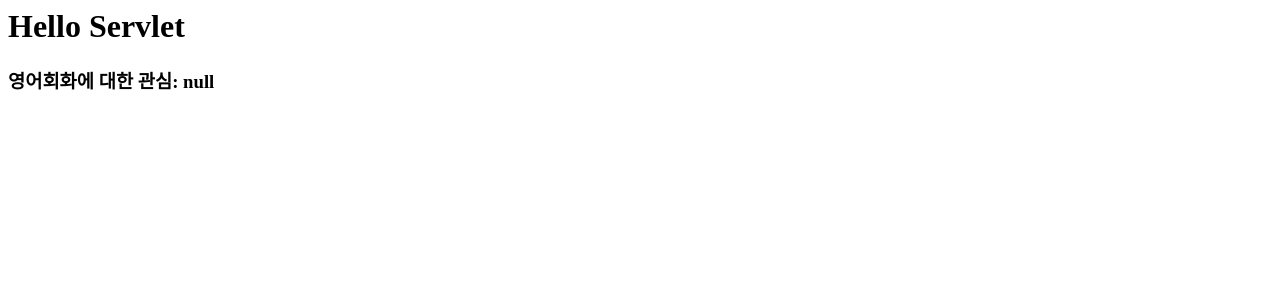
Repository: suhong99/servletLecture
Page: http://localhost/servletHW/Hello
These files come from the project's save history. The page is drawn as it stood at one moment and after the next save; the edit follows.
The browser window is 1280 px wide. The pictures show the whole page.
The page is served by Tomcat 9. Other server files are loaded and not shown.

Above is the page before, as saved 2023-06-27 07:16:10.

### servletHW/src/main/java/servletHW/HelloServlet.java
package servletHW;

import java.io.IOException;
import java.io.PrintWriter;

import javax.servlet.ServletException;
import javax.servlet.http.HttpServlet;
import javax.servlet.http.HttpServletRequest;
import javax.servlet.http.HttpServletResponse;

public class HelloServlet extends HttpServlet {

	@Override
	protected void doGet(HttpServletRequest req, HttpServletResponse resp) throws ServletException, IOException {
		doProc(req,resp);
	}

	@Override
	protected void doPost(HttpServletRequest req, HttpServletResponse resp) throws ServletException, IOException {
		doProc(req,resp);
	}

protected void doProc(HttpServletRequest req, HttpServletResponse resp) throws ServletException, IOException {
	//Servlet -> web
			req.setCharacterEncoding("utf-8");
			resp.setContentType("text/html; charset=utf-8");
			String english = req.getParameter("english");
			String otherLanguage[]=req.getParameterValues("otherLanguage");
			String opinion = req.getParameter("opinion");
			String age[]=req.getParameterValues("age");

			PrintWriter pw = resp.getWriter();
			pw.println("<html>");

			pw.println("<head>");
			pw.println("</head>");


			pw.println("<body>");
			pw.println("<h1>Hello Servlet</h1>");

			pw.println("<h3>영어회화에 대한 관심: "+english+"</h3>");
			if(otherLanguage!=null) {
				for(int i=0; i<otherLanguage.length;i++) {
					pw.println("<p>타 관심 언어:"+otherLanguage[i]+"</p>");
				}
			}
			if(age!=null) {
				for (int i = 0; i < age.length; i++) {
					pw.println("<p>연령대 : "+age[i]+"</p>");
				}
			}
			pw.println("</body>");

			pw.println("</html>");
	}

}

After the next save:
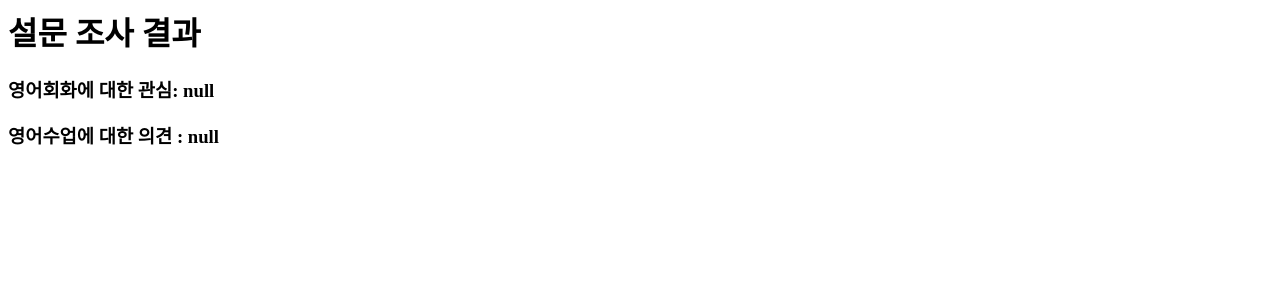
Saved 68 s later.
--- a/servletHW/src/main/java/servletHW/HelloServlet.java
+++ b/servletHW/src/main/java/servletHW/HelloServlet.java
@@ -37,7 +37,7 @@ protected void doProc(HttpServletRequest req, HttpServletResponse resp) throws S
 
 
 			pw.println("<body>");
-			pw.println("<h1>Hello Servlet</h1>");
+			pw.println("<h1>설문 조사 결과</h1>");
 
 			pw.println("<h3>영어회화에 대한 관심: "+english+"</h3>");
 			if(otherLanguage!=null) {
@@ -45,6 +45,7 @@ protected void doProc(HttpServletRequest req, HttpServletResponse resp) throws S
 					pw.println("<p>타 관심 언어:"+otherLanguage[i]+"</p>");
 				}
 			}
+			pw.println("<h3>영어수업에 대한 의견 : " +opinion+"</h3>");
 			if(age!=null) {
 				for (int i = 0; i < age.length; i++) {
 					pw.println("<p>연령대 : "+age[i]+"</p>");
